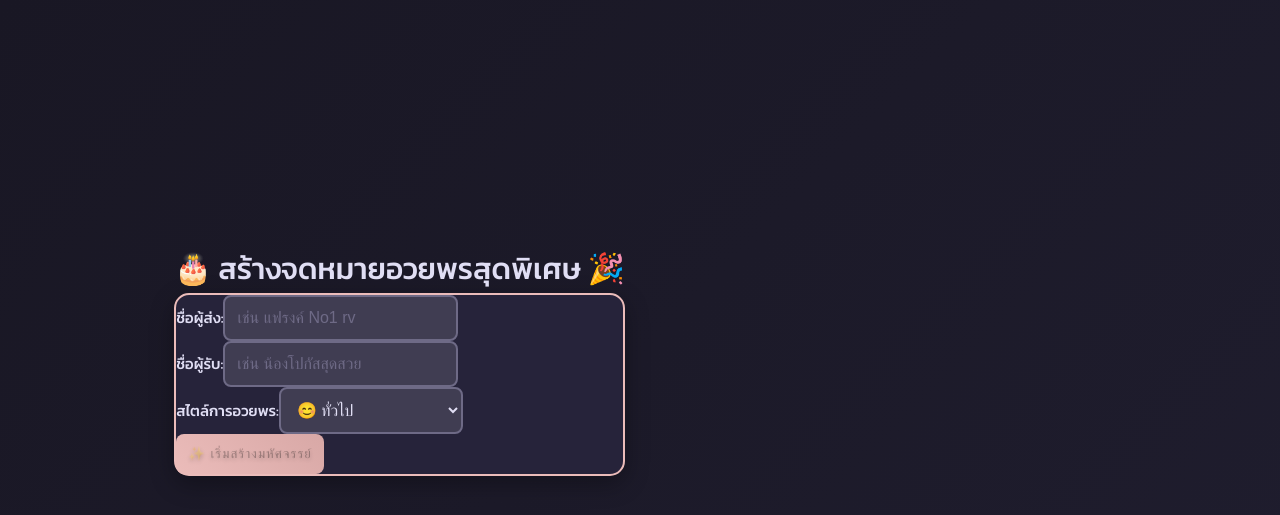
Repository: Jinwoo290350/Word_HBD
Page: /
These files come from the project's save history. The page is drawn as it stood at one moment and after the next save; the edit follows.
The browser window is 1280 px wide. The pictures show the whole page.
The project was rebuilt for these pictures with package versions that can differ from the ones it lists, and the page was loaded fresh each time. Also part of the build but not shown: vite.config.js.

Above is the page before, as saved 2025-03-28 22:45:57.

After the next save:
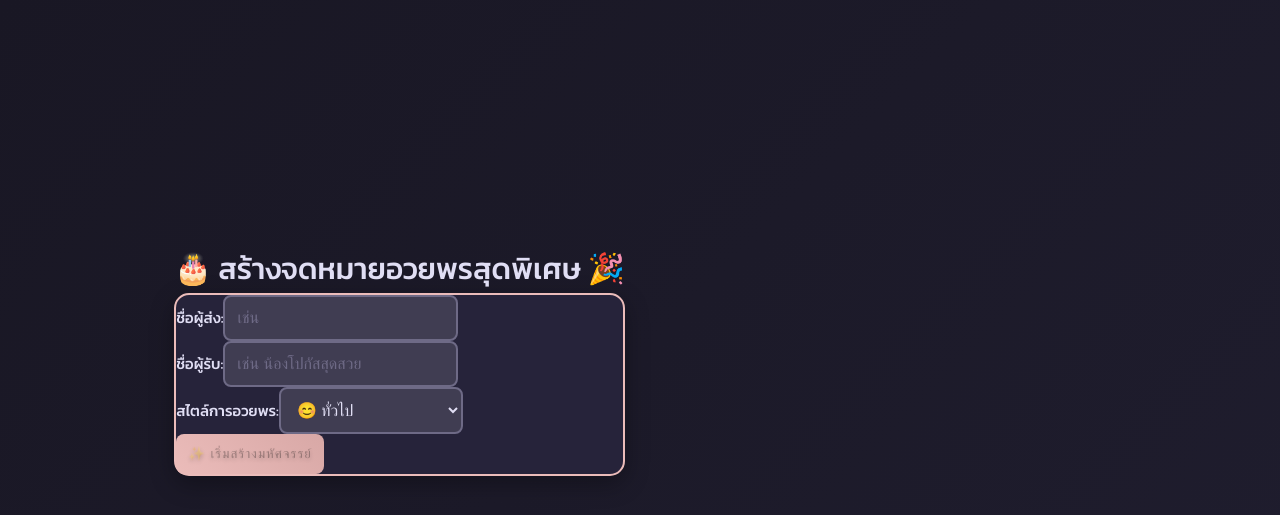
Saved 4 s later.
--- a/src/App.vue
+++ b/src/App.vue
@@ -8,7 +8,7 @@
           v-model="senderName"
           type="text"
           class="form-control"
-          placeholder="เช่น แฟรงค์ No1 rv"
+          placeholder="เช่น "
         >
       </div>
 
